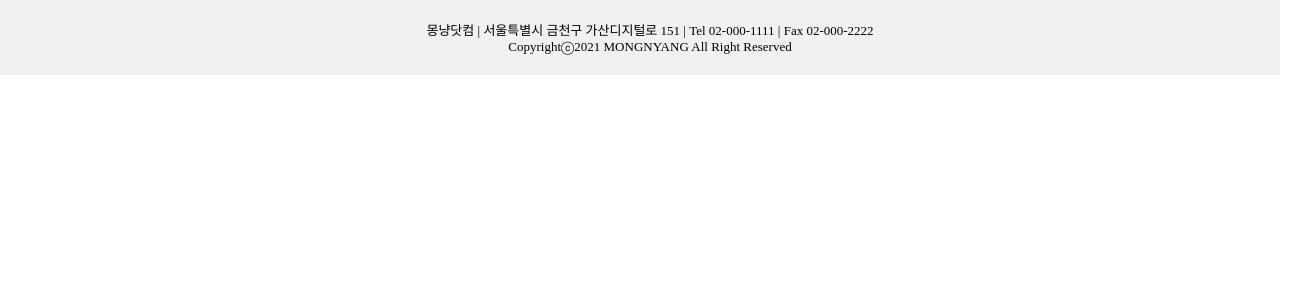
Repository: yl9517/2021.08.10_MONGNYANG_JSP
Page: http://localhost/mongNyang/footer.jsp
An editor plug-in stored every save of this project. The page is shown before and after the next save, followed by the edit.
The browser window is 1280 px wide. The page is 1300 px wide, so the pictures cover 1300 px, including what lies to the right of the window. The pictures show the whole page.
The page is served by Tomcat 9.

Above is the page before, as saved 2021-08-13 12:42:03.

After the next save:
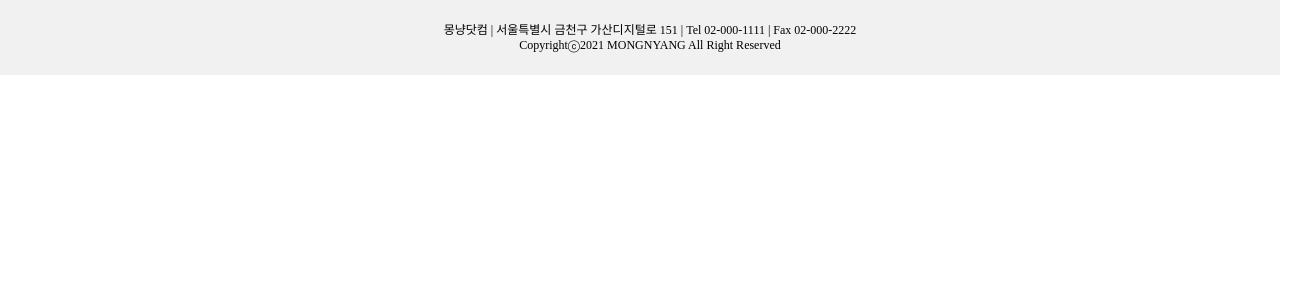
Saved 9 s later.
--- a/mongNyang/WebContent/css/footer.css
+++ b/mongNyang/WebContent/css/footer.css
@@ -19,5 +19,5 @@ footer{
 	padding: 20px;
 }
 #foot #shopInfo p{
-	font-size: 13px;
+	font-size: 12px;
 }
